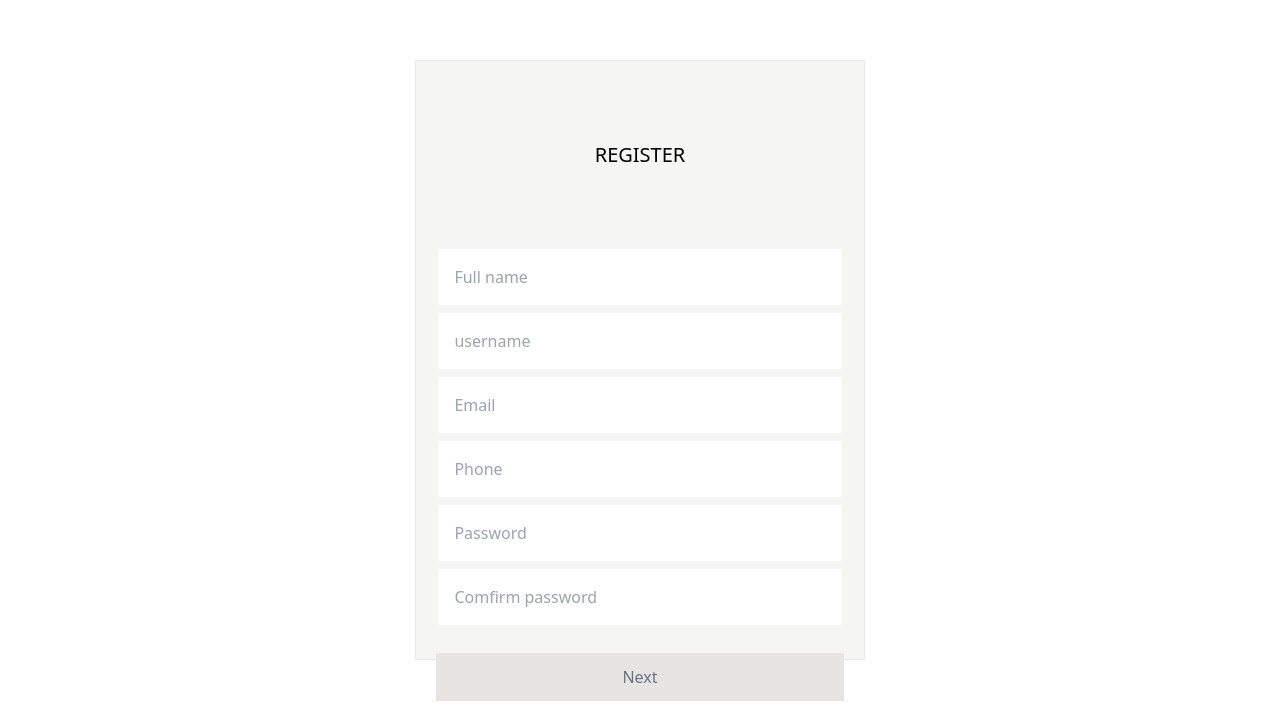
Repository: hsumyatm7308/oop-loginregister-php
Page: login.html
The author's editor kept a copy of each file at every save. The page is drawn from the files as they stood at one save, then again after the next save.
The browser window is 1280 px wide. The pictures show the whole page.
Some web libraries are served in a nearby version.

Above is the page before, as saved 2023-08-01 14:16:00.

### login.html
<!DOCTYPE html>
<html>

<head>
    <title>Login</title>

    <script src="https://cdn.tailwindcss.com"></script>
    <style>
        .page{
            display: none;
        }
    </style>

</head>

<body class="w-screen h-screen  flex justify-center items-center">
    <div class="w-[450px] h-[600px] bg-stone-100 border flex items-center flex-col">

        <h1 class="text-xl text-black uppercase mt-20">Register</h1>

        <form action="" id="form" class="w-full flex justify-center items-center flex-col mt-20">
            <div class="page w-full flex justify-center items-center">
                <input type="text" class="w-[90%] p-4 mb-2 focus:outline-none" placeholder="Full name">
            </div>
            <div class="page w-full flex justify-center items-center ">
                <input type="text" class="w-[90%] p-4 mb-2 focus:outline-none" placeholder="username">
            </div>
            <div class="page w-full flex justify-center items-center ">
                <input type="text" class="w-[90%] p-4 mb-2 focus:outline-none" placeholder="Email">
            </div>
            <div class="page w-full flex justify-center items-center ">
                <input type="text" class="w-[90%] p-4 mb-2 focus:outline-none" placeholder="Phone">
            </div>
            <div class="page w-full flex justify-center items-center ">
                <input type="text" class="w-[90%] p-4 mb-2 focus:outline-none" placeholder="Password">
            </div>
            <div class="page w-full flex justify-center items-center ">
                <input type="text" class="w-[90%] p-4 mb-2 focus:outline-none" placeholder="Comfirm password">
            </div>

            <div class="w-full flex justify-center items-center">
                <button type="text" id="next" class="w-full bg-stone-200 text-gray-500 p-3 m-5 hover:opacity-80 hover:text-gray-800" onclick="gonow(1)">Next </button>
            </div>

        </form>
    </div>

    <script src="./app.js"></script>
</body>

</html>

### app.js
const getpages = document.getElementsByClassName('page');
const getform = document.getElementById('form');
const nextbtn = document.getElementById('next');

obj  =  ["fullname","username","email","password","comfirm"];

After the next save:
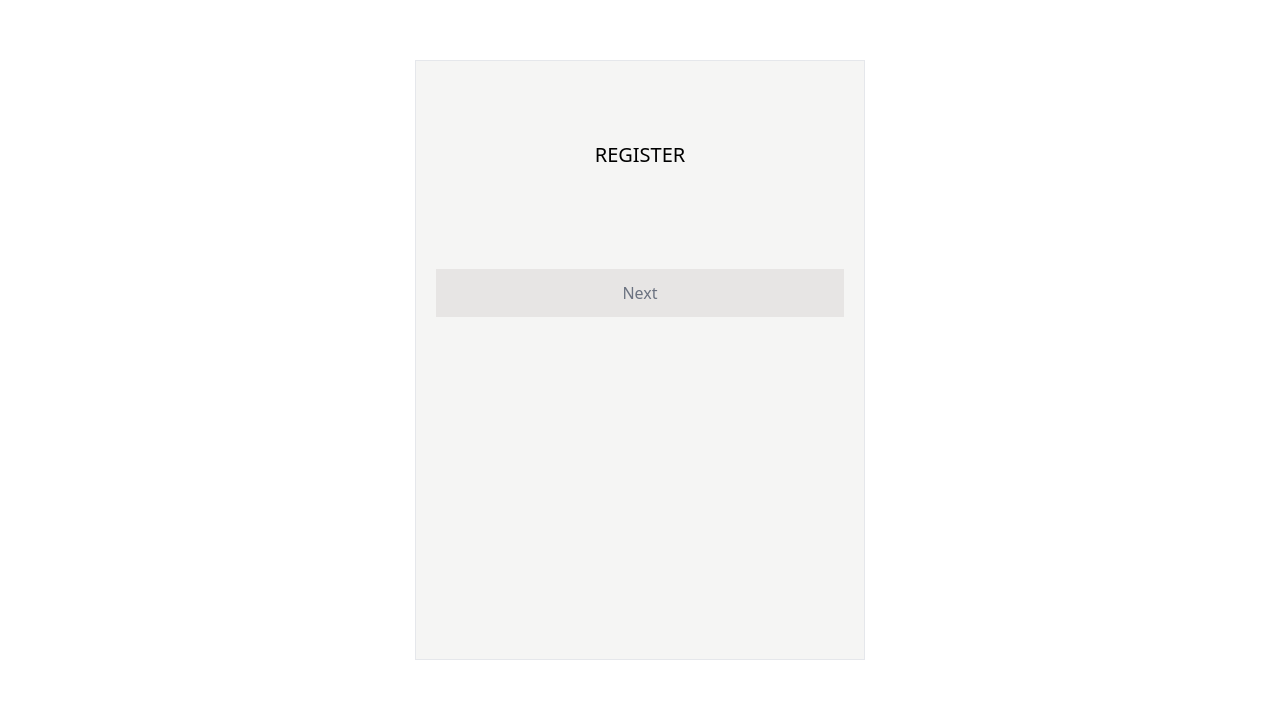
Saved 24 s later.
--- a/login.html
+++ b/login.html
@@ -6,7 +6,7 @@
 
     <script src="https://cdn.tailwindcss.com"></script>
     <style>
-        .page{
+        form .page{
             display: none;
         }
     </style>
